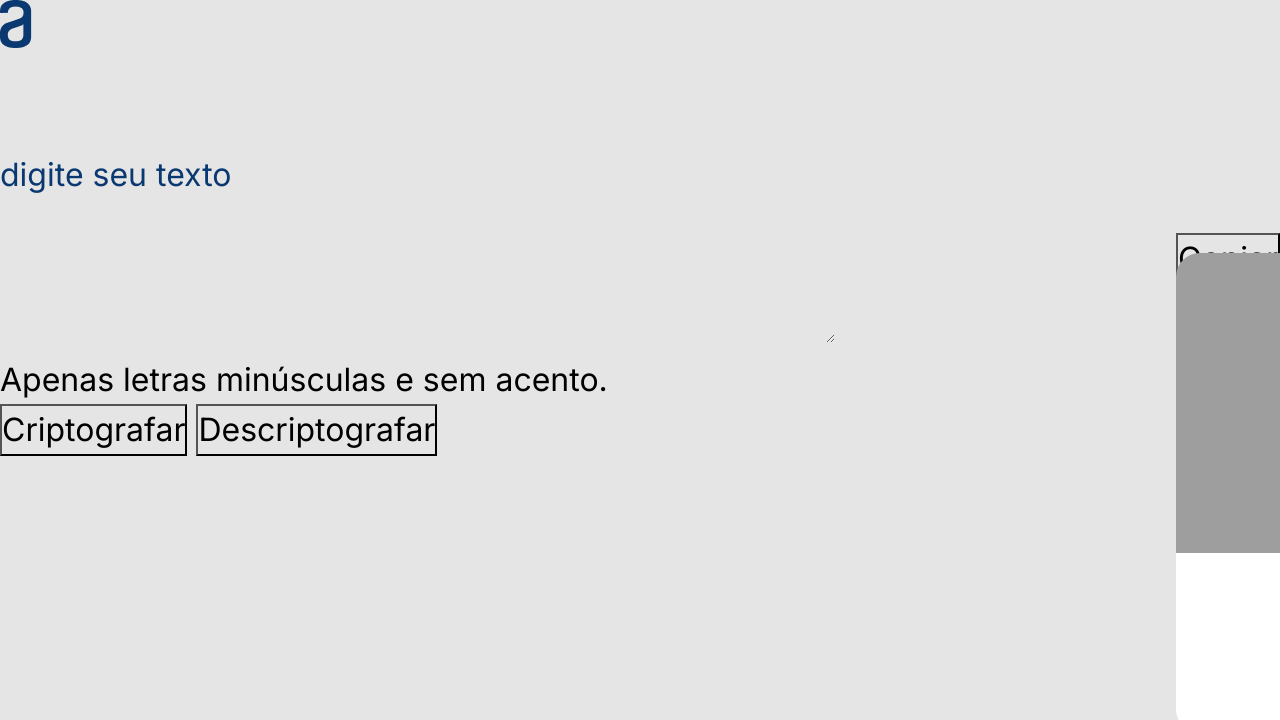
Repository: guilhermecardoso93/decodificador-texto
Page: index.html
These files come from the project's save history. The page is drawn as it stood at one moment and after the next save; the edit follows.
The browser window is 1280 px wide. The pictures show the whole page.
Pictures or frames that could not be fetched are drawn as grey boxes.

Above is the page before, as saved 2024-02-28 19:21:41.

After the next save:
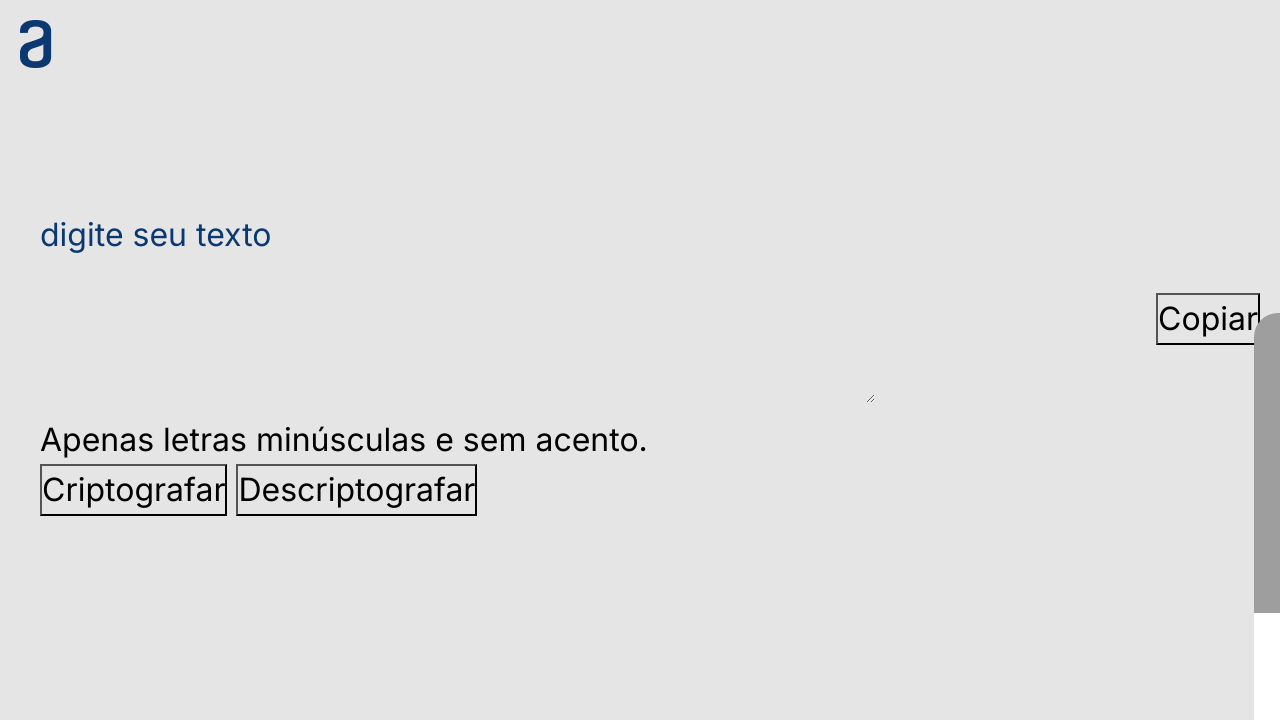
Saved 10 s later.
--- a/style.css
+++ b/style.css
@@ -16,15 +16,15 @@
 }
 
 header {
-  //padding: 20px;
+  padding: 20px;
 }
 
 main {
   display: flex;
   align-items: center;
   justify-content: space-between;
-  //margin-left: 20px;
-  //padding: 20px;
+  margin-left: 20px;
+  padding: 20px;
 }
 
 .text-area {
@@ -49,7 +49,7 @@ main {
   border: none;
   border-radius: 24px;
   color: #0a3871;
-  //margin-left: 98px;
+  margin-left: 98px;
   margin-top: 20px;
   padding-left: 20px;
   position: fixed;
